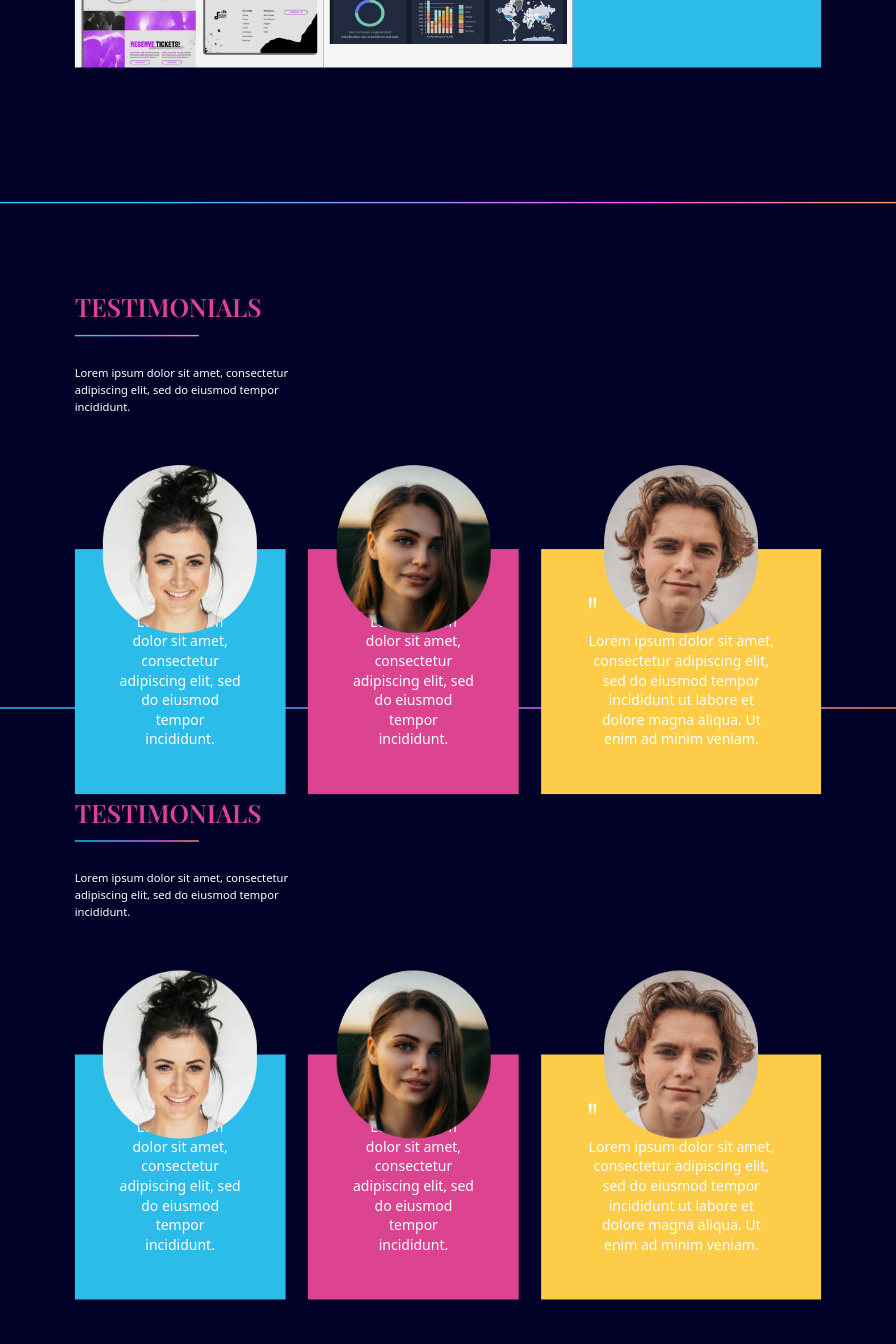
Repository: thibaultNicolas/portfolio-react
Page: /
The author's editor kept a copy of each file at every save. The page is drawn from the files as they stood at one save, then again after a run of saves.
The browser window is 1280 px wide. The pictures show the part of the page from y = 2949 to 4869 px (the page is 4869 px tall before and 4764 px after), at 70% of full size.
The project was rebuilt for these pictures with package versions that can differ from the ones it lists, and the page was loaded fresh each time. Also part of the build but not shown: next.config.ts.

Above is the page before, as saved 2023-01-08 12:14:41.

After the next 5 saves:
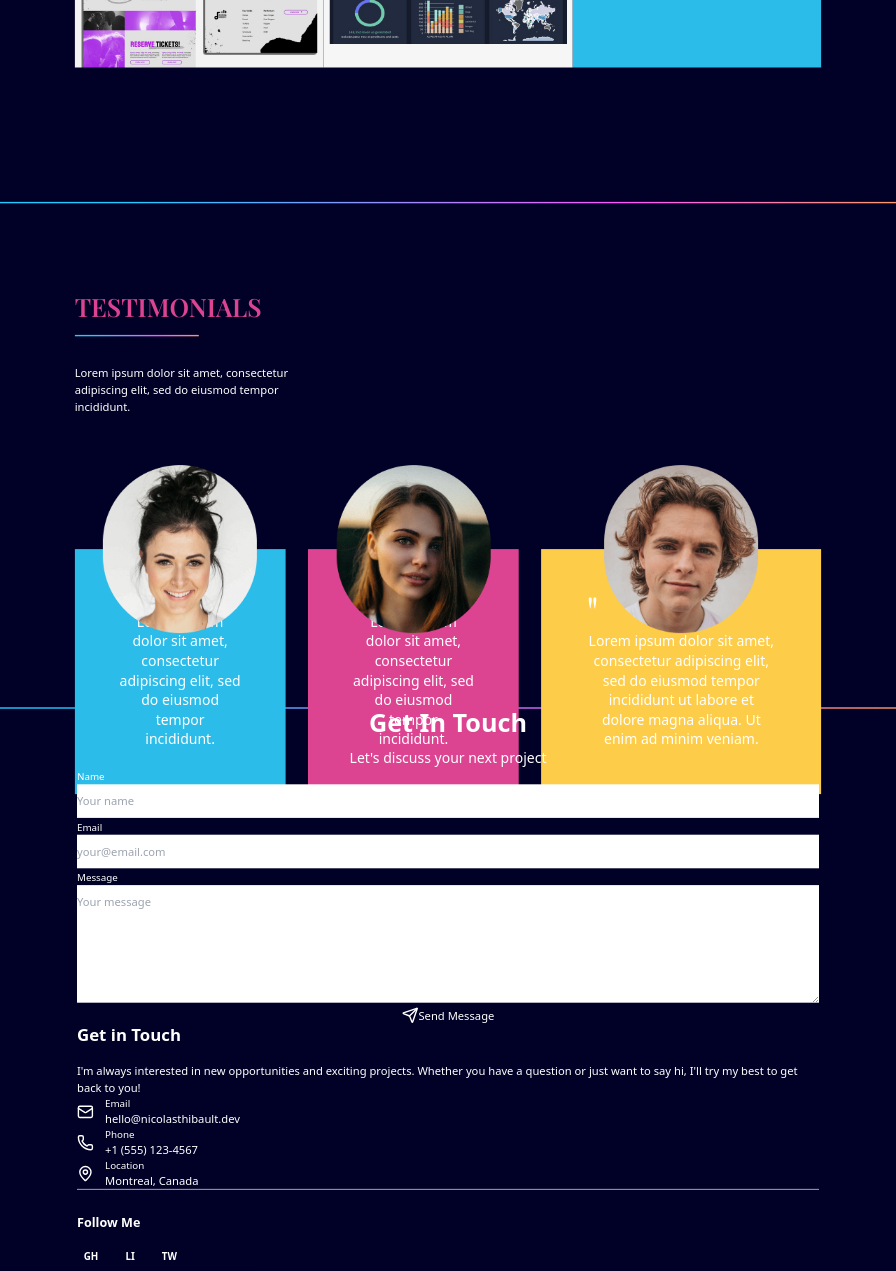
The 5 saves are shown as one change because 2 did not build or start and some came seconds apart.
The last was saved 22 s later.
--- a/src/App.js
+++ b/src/App.js
@@ -4,6 +4,7 @@ import Landing from "./scenes/Landing";
 import MySkills from "./scenes/MySkills";
 import Projects from "./scenes/Projects";
 import Testimonials from "./scenes/Testimonials";
+import Contact from "./scenes/Contact";
 import LineGradient from "./components/LineGradient";
 import useMediaQuery from "./hooks/useMediaQuery";
 import { useEffect, useState } from "react";
@@ -48,7 +49,7 @@ function App() {
       </div>
       <LineGradient />
       <div className="w-5/6 mx-auto md:h-full">
-        <Testimonials />
+        <Contact />
       </div>
     </div>
   );
